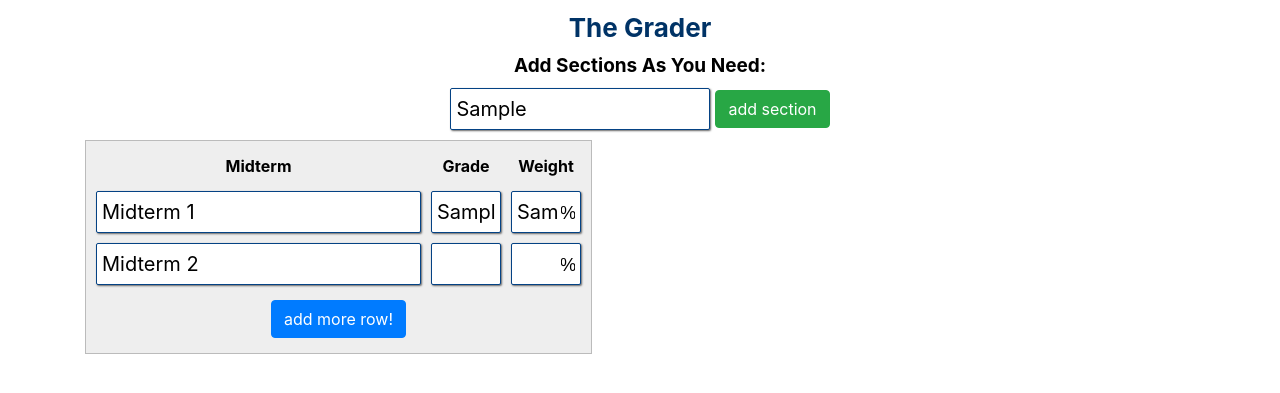
Repository: BarishNamazov/BarishNamazov.github.io
Page: thegrader/index.html
These files come from the project's save history. The page is drawn as it stood at one moment and after the next save; the edit follows.
The browser window is 1280 px wide. The pictures show the whole page.
Empty fields were first filled with sample values (such as "Sample", 5 or name@example.com).
After loading, the first visible `#section1RowAdder` was clicked once.

Above is the page before, as saved 2020-10-31 17:29:53.

After the next save:
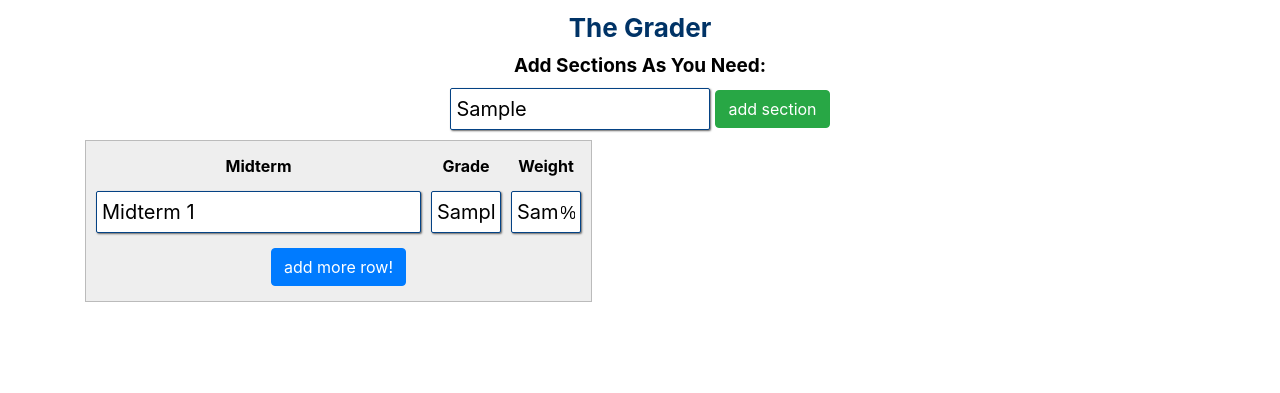
Saved 24 s later.
--- a/thegrader/scripts.js
+++ b/thegrader/scripts.js
@@ -15,7 +15,7 @@
   var namePanel = $(this).parent().find(".tableName").text();
   console.log($(this).parent().find(".tableName"));
   var editedRow = newRow.replace("Midterm X", namePanel + " " + idx);
-  $(this).parent().find(".moreRows").before(editedRow);
+  $(this).parent(".gradePanel").find(".moreRows").before(editedRow);
 }
 $(".rowAdder").on("click", rowAdder);
 

After the 5 saves that followed:
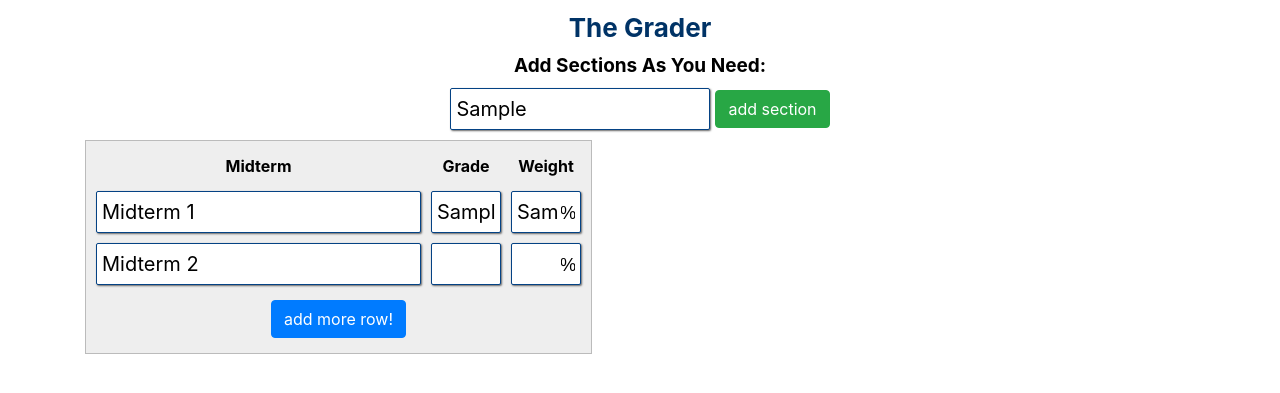
The 5 saves are shown as one change because 3 left the picture as it was and some came seconds apart.
The last was saved 46 s later.
--- a/thegrader/scripts.js
+++ b/thegrader/scripts.js
@@ -13,9 +13,9 @@
 function rowAdder(){
   var idx = $(this).parent().find("tr").length;
   var namePanel = $(this).parent().find(".tableName").text();
-  console.log($(this).parent().find(".tableName"));
+  // console.log($(this).parent().find(".tableName"));
   var editedRow = newRow.replace("Midterm X", namePanel + " " + idx);
-  $(this).parent(".gradePanel").find(".moreRows").before(editedRow);
+  $(this).parents(".gradePanel").find(".moreRows").before(editedRow);
 }
 $(".rowAdder").on("click", rowAdder);
 
